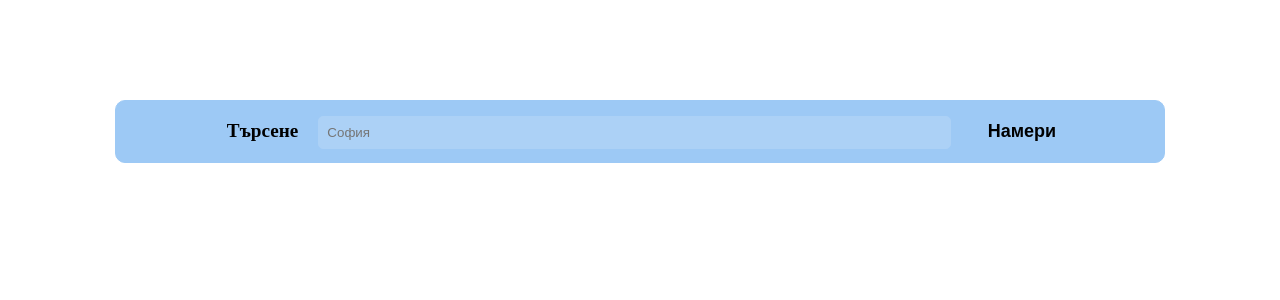
Repository: GeryZlatev/address-search
Page: /
An editor plug-in stored every save of this project. The page is shown before and after the next save, followed by the edit.
The browser window is 1280 px wide. The pictures show the whole page.
The project was rebuilt for these pictures with package versions that can differ from the ones it lists, and the page was loaded fresh each time.

Above is the page before, as saved 2021-04-09 21:24:40.

After the next save:
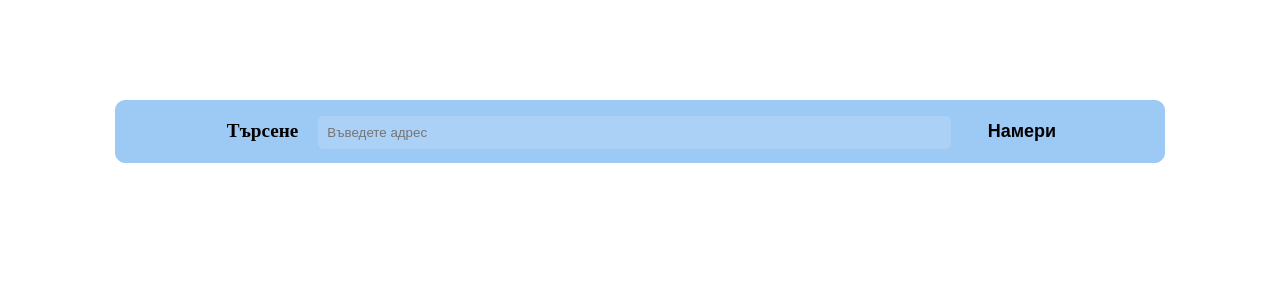
Saved 45 s later.
--- a/src/components/SearchBar/SearchBar.js
+++ b/src/components/SearchBar/SearchBar.js
@@ -11,7 +11,7 @@
                     <input
                     type="text"
                     autoComplete="true"
-                    placeholder="София"
+                    placeholder="Въведете адрес"
                     name="search"
                     id="search"
                     />
